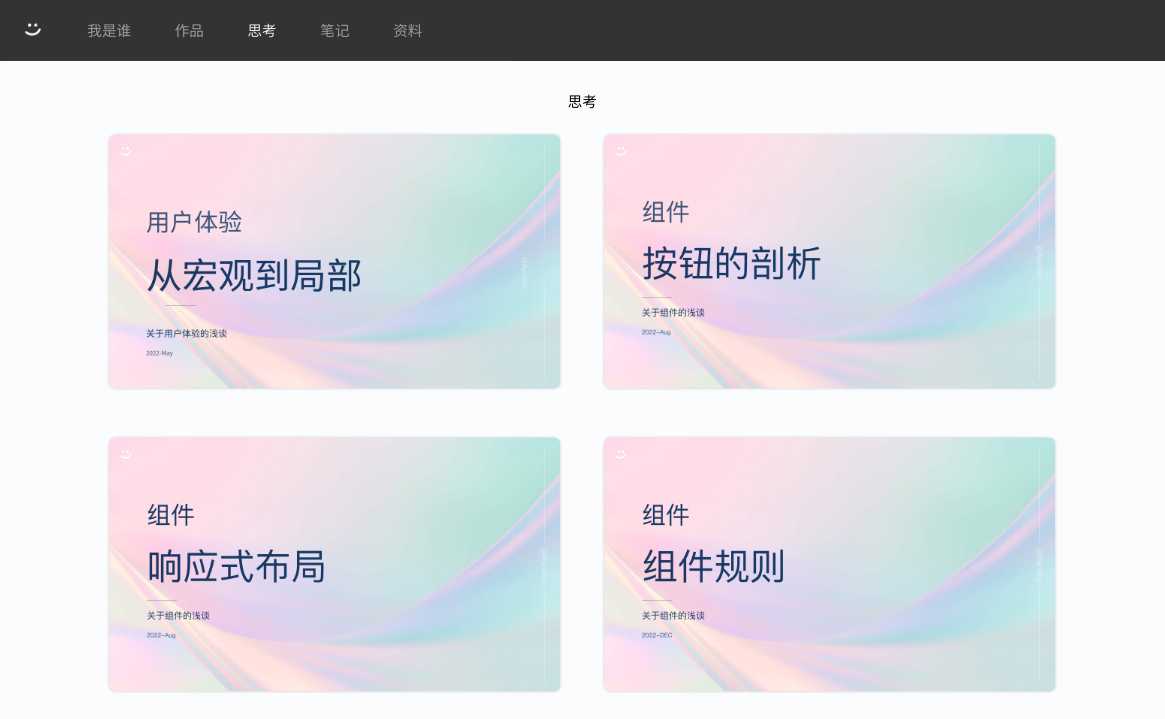
Repository: LiuZixu-aurelio/myblog-Vue
Page: /#/home/talk
An editor plug-in stored every save of this project. The page is shown before and after the next save, followed by the edit.
The browser window is 1280 px wide. The pictures show the whole page, at 91% of full size.
The project was rebuilt for these pictures with package versions that can differ from the ones it lists, and the page was loaded fresh each time. Also part of the build but not shown: vue.config.js, src/components/whoCom.vue, src/components/whocubeCom.vue, src/views/who.vue, src/views/PreView.vue, src/views/project.vue, src/views/sign.vue, src/views/test.vue and 1 more.

Above is the page before, as saved 2022-12-29 16:50:30.

### src/main.js
import { createApp } from 'vue'
import App from './App.vue'
import router from './router'
import './index.css'
/* import './tools/three.min.js'
import './tools/vanta.topology.min.js' */

createApp(App).use(router).mount('#app')

### src/App.vue
<template>
  <div>
    <!-- <img id='cursor' src="../public/Frame9.png" alt="" /> -->
    <router-view></router-view>
  </div>
</template>

<script>
</script>


<style lang="scss">
* {
    cursor:url('../public/Frame9.svg'), auto;;
  }

body{
  padding: 0px;
  margin: 0px;
  height: auto;
}
.hairlines{
  padding: 0px;
  margin: 0px;
}
#app{
  height: auto;
}

#pre {
  background-color: #000000;
  height: 100vh;

  .liuzixu{
    color: aliceblue;
    padding: 24px;
  }

  .cont{
    color: aliceblue;
    width: 100%;
    text-align: center;
    position: relative;
    top: 100px;
    z-index: 1;
  }

  .test {
  color:rgba(255, 255, 255, 0.5);
  z-index: 1;
  text-align: center;
  position: relative;
  bottom: -150px;
  width: auto;
  height: auto;
  cursor: default;
  font-size: 12px;
  }

  .start{
    width: 74px;
    height: 36px;
    border-radius: 18px;
    border: 1px solid white;
    color: white;
    background: none;
    font-size: 16px;
    margin: 16px 0px;
    position:static;
  }

  .start:hover{
    color: rgb(0,0,0 );
    background: white;
  }
}

.home{
  background-color: rgb(244, 246, 255);
  height: auto;

  .nav {
      background-color: rgba(0, 0, 0, 0.8);
      backdrop-filter: blur(12px);
      height: 67px;
      line-height: 4px;
      position: fixed;
      width: 100%;
      z-index: 1;

    a {
      display: inline-block;
    }
    img {
      position: relative;
      top: 12px;
    }

    .navkuaiu{
      margin: 8px 24px;
      color: rgba(255, 255, 255, 0.5);
      text-decoration: none;
      &.router-link-exact-active{
       color: rgba(255, 255, 255, 0.9);
    }
    }
    .navkuaiu:hover{
      font-size: 16px;
      color: rgba(255, 255, 255, 0.9);
      font-weight: 500;
    }

  }
  .color1{
    background-color: #000
  }

  .color2{
    background-color: rgb(244, 246, 255)
  }

  .whoheigt{
    background-color: #FAFCFD;
    height: auto;
    display: flex;
    align-items: center;
    flex-wrap: wrap;
    flex-direction: column;
    padding-top: 100px;

    .whocont{
      width: 92%;
      margin: auto;
      height: 90%;
      text-align: center;
    }

    .whodiv{
      display: inline-block;
      margin: 24px 24px 0px 24px;
      padding-bottom: 0px ;
      max-width: 80%;
      text-align: left;
      color: rgba(255, 255, 255, 0.75)
    }

    img{
      margin: auto;
      position: relative;
      top: 32px;
    }
  }
}

</style>

### src/router/index.js
import { createRouter, createWebHashHistory } from 'vue-router'

import HomeView from '../views/HomeView.vue'
import whoView from '../views/who.vue'
import PreView from '../views/PreView.vue'
import ProjectView from '../views/project.vue'
import TalkView from '../views/talk.vue'
import SignView from '../views/sign.vue'
import testQ from '../views/test.vue'

import DetailCom from '../components/detailCom.vue'

import { scard1, scard3 } from '../pages/zhihu.js'
import { scard1t, scard3t } from '../pages/talk-ux.js'
import { scardInfor1, scardInfor3 } from '../pages/infor.js'
import { extest1, extest3 } from '../pages/testhub.js'
import { button1, button3 } from '../pages/c-button'
import { signProduct1, signProduct3 } from '../pages/sign-product.js'
import { signBlender1, signBlender3 } from '../pages/sign-blender.js'
import { talkResponsive1, talkResponsive3 } from '../pages/talk-responsive.js'
import { signSAP1, signSAP3 } from '../pages/sign-sap.js'
import { signSalesforce1, signSalesforce3 } from '../pages/sign-salesforce.js'
import { pPlant1, pPlant3 } from '../pages/project-plant.js'
import { pConfig1, pConfig3 } from '../pages/project-config.js'
import { talkrule1, talkrule3 } from '../pages/talk-rule.js'
import { data1, data3 } from '../pages/project-data.js'
import { talkResearch1, talkResearch3 } from '../pages/talk-research.js'




class luyou {
  constructor(type,path,name,img) {
    this.path = "/home/" + type + "/" + path
    this.name = path;
    this.props = {na: name, im: img}
    this.url = img;
    this.component = DetailCom
  }
}

const routes = [
  {
    path: '/', redirect: '/pre'
  },
  {
    path: '/pre',
    name: 'pre',
    component: PreView
  },
  {
    path: '/home',
    name: 'home',
    component: HomeView,
    children: [
      {
        path: '/home/who',
        name: 'homewho',
        component: whoView
      },
      {
        path: '/home/project',
        name: 'project',
        component: ProjectView,
      },
      new luyou("project","ZHIHU",scard1,scard3),
      new luyou("project","test",extest1,extest3),
      new luyou("project","infor",scardInfor1,scardInfor3),
      new luyou("project","plantlight",pPlant1,pPlant3),
      new luyou("project","configtool",pConfig1,pConfig3),
      new luyou("project","data",data1,data3),

      {
        path: '/home/talk',
        name: 'talk',
        component: TalkView,
      },
      new luyou("talk","DetailYHTYQT",scard1t,scard3t),
      new luyou("talk","cbutton",button1,button3),
      new luyou("talk","talk-responsive",talkResponsive1,talkResponsive3),
      new luyou("talk","talk-rule",talkrule1,talkrule3),
      new luyou("talk","research",talkResearch1,talkResearch3),


      {
        path: '/home/sign',
        name: 'sign',
        component: SignView
      },
      new luyou("sign","sign-sap",signSAP1,signSAP3),
      new luyou("sign","sign-salesforce",signSalesforce1,signSalesforce3),
      new luyou("sign","sign-product",signProduct1,signProduct3),
      new luyou("sign","sign-blender",signBlender1,signBlender3)
    ]
  },

  {
    path: '/testQ',
    name: 'testQ',
    component: testQ
  }
]

const router = createRouter({
  history: createWebHashHistory(),
  routes
})

export default router

### src/views/HomeView.vue
<template>
  <div class="home">
        <div class="nav">
            <router-link to="/" class="navkuaiu">
              <img src="../assets/smal-logo.png">
            </router-link>
            <router-link to="/home/who" class="navkuaiu">我是谁</router-link>
            <router-link to="/home/project" class="navkuaiu">作品</router-link>
            <router-link to="/home/talk" class="navkuaiu" v-if="'/home/talk'!=undefined">思考</router-link>
            <router-link to="/home/sign" class="navkuaiu">笔记</router-link>
            <a href="https://liuzixu-aurelio.github.io/designcollection/" class="navkuaiu" target="_blank">资料</a>
        </div>
        <router-view></router-view>
      <div></div>
  </div>
</template>

<script>

export default {
  name: 'HomeView',
  components: {}
}
</script>

<style>

</style>

### src/views/talk.vue
<template>
    <div class='whoheigt color2'>
        <div class="whocont">
            <h2>思考</h2>
            <CardCom :na='scard1t' :ur='scard2t' :lnk='scard4t'></CardCom>
            <CardCom :na='button1' :ur='button2' :lnk='button4'></CardCom>
            <CardCom :na='talkResponsive1' :ur='talkResponsive2' :lnk='talkResponsive4'></CardCom>
            <CardCom :na='talkrule1' :ur='talkrule2' :lnk='talkrule4'></CardCom>
        </div>
    </div>
</template>

<script>
import CardCom from '../components/cardCom.vue'
import {scard1t, scard2t, scard4t} from '../pages/talk-ux.js'
import {button1, button2, button4} from '../pages/c-button'
import {talkResponsive1, talkResponsive2, talkResponsive4} from '../pages/talk-responsive'
import {talkrule1, talkrule2, talkrule4} from '../pages/talk-rule'




export default {
    name: 'TalkView',
    data:()=>{
    return{
        scard1t,scard2t,scard4t,
        button1,button2,button4,
        talkResponsive1,talkResponsive2,talkResponsive4,
        talkrule1,talkrule2,talkrule4,
        }
    },
  components: { CardCom}
}
</script>

### src/pages/zhihu.js
const scard1 = '知乎直播升级 - 2021'

/* const scard2 = '{background:url(require("/src/assets/zhihu.png")}' */
/* const scard2 = 'url( require("./src/assets/zhihu.png"))' */
const aa = require("/src/assets/project/zhihu/zhihu.png")
const ab = 'url(' + aa +')'
const scard2 = {backgroundImage: ab}


const scard3 = [
    require('/src/assets/project/zhihu/zhihu.png'),
    require('/src/assets/project/zhihu/zhihu2.png'),
    require('/src/assets/project/zhihu/zhihu3.png'),
    require('/src/assets/project/zhihu/zhihu4.png'),
    require('/src/assets/project/zhihu/zhihu5.png'),
    require('/src/assets/project/zhihu/zhihu6.png'),
    require('/src/assets/project/zhihu/zhihu7.png'),
    require('/src/assets/project/zhihu/zhihu8.png'),
    require('/src/assets/project/zhihu/zhihu9.png'),
    require('/src/assets/project/zhihu/zhihu10.png'),
    require('/src/assets/project/zhihu/zhihu11.png'),
    require('/src/assets/project/zhihu/zhihu12.png'),
    require('/src/assets/project/zhihu/zhihu13.png'),
    require('/src/assets/project/zhihu/zhihu14.png'),
    require('/src/assets/project/zhihu/zhihu15.png'),
    require('/src/assets/project/zhihu/zhihu16.png'),
    require('/src/assets/project/zhihu/zhihu17.png'),
    require('/src/assets/project/zhihu/zhihu18.png'),
    require('/src/assets/project/zhihu/zhihu19.png'),
    require('/src/assets/project/zhihu/zhihu20.png'),
    require('/src/assets/project/zhihu/zhihu21.png'),
    require('/src/assets/project/zhihu/zhihu22.png'),
    require('/src/assets/project/zhihu/zhihu23.png')
    ]

const scard4 ='/home/project/ZHIHU'


export { scard1 } //名称
export { scard2 } //卡片背景
export { scard3 } //内容
export { scard4 } //页面地址

### src/pages/talk-ux.js
const scard1t = '用户体验浅谈'



const aa = require("/src/assets/talk/ux0.png")
const ab = 'url(' + aa +')'
const scard2t = {backgroundImage: ab}


const scard4t = '/home/talk/DetailYHTYQT'

const scard3t =
[
    require('/src/assets/talk/ux.png'),
    require('/src/assets/talk/ux1.png'),
    require('/src/assets/talk/ux2.png'),
    require('/src/assets/talk/ux3.png'),
    require('/src/assets/talk/ux4.png'),
    require('/src/assets/talk/ux5.png')
    ]

export { scard1t }
export { scard2t }
export { scard3t }
export { scard4t }

### src/pages/infor.js
const scardInfor1 = '信息发布平台'



const aa = require("/src/assets/project/infor/infor0.png")
const ab = 'url(' + aa +')'
const scardInfor2 = {backgroundImage: ab}


const scardInfor4 = '/home/project/infor'

const scardInfor3  =
    [
        require("/src/assets/project/infor/infor.png"),
        require("/src/assets/project/infor/infor01.png"),
        require("/src/assets/project/infor/infor02.png"),
        require("/src/assets/project/infor/infor03.png"),
        require("/src/assets/project/infor/infor04.png"),
        require("/src/assets/project/infor/infor05.png"),
        require("/src/assets/project/infor/infor06.png"),
        require("/src/assets/project/infor/infor07.png"),
        require("/src/assets/project/infor/infor08.png"),
        require("/src/assets/project/infor/infor09.png"),
        require("/src/assets/project/infor/infor10.png"),
        require("/src/assets/project/infor/infor11.png"),
        require("/src/assets/project/infor/infor12.png"),
        require("/src/assets/project/infor/infor13.png"),
        require("/src/assets/project/infor/infor14.png"),
        require("/src/assets/project/infor/infor15.png"),
        require("/src/assets/project/infor/infor16.png"),
        require("/src/assets/project/infor/infor17.png"),
        require("/src/assets/project/infor/infor18.png"),
        require("/src/assets/project/infor/infor19.png"),
    ]


export { scardInfor1 } // 标题
export { scardInfor2 } // 卡片背景
export { scardInfor3 } // 页面内容
export { scardInfor4 } // 路径

### src/pages/testhub.js
const extest1 = 'B端 - 0到1的测试平台'

const aa = require("/src/assets/project/test/test0.png")
const ab = 'url(' + aa +')'
const extest2 = {backgroundImage: ab}

const extest4 = '/home/project/test'

const extest3 =
[
    require('/src/assets/project/test/test.png'),
    require('/src/assets/project/test/test01.png'),
    require('/src/assets/project/test/test02.png'),
    require('/src/assets/project/test/test03.png'),
    require('/src/assets/project/test/test04.png'),
    require('/src/assets/project/test/test05.png'),
    require('/src/assets/project/test/test06.png'),
    require('/src/assets/project/test/test07.png'),
    require('/src/assets/project/test/test08.png'),
    require('/src/assets/project/test/test09.png'),
    require('/src/assets/project/test/test10.png'),
    require('/src/assets/project/test/test11.png'),
    require('/src/assets/project/test/test12.png'),
    require('/src/assets/project/test/test13.png'),
    require('/src/assets/project/test/test14.png'),
    require('/src/assets/project/test/test15.png'),
]

export { extest1 }
export { extest2  }
export { extest3  }
export { extest4 }

### src/pages/c-button.js
const button1 = '组件-按钮的剖析'

const aa = require("/src/assets/talk/button/button0.png")
const ab = 'url(' + aa +')'
const button2 = {backgroundImage: ab}

const button4 = '/home/talk/cbutton'

const button3 = [
    require('/src/assets/talk/button/button.png'),
    require('/src/assets/talk/button/button1.png'),
    require('/src/assets/talk/button/button2.png'),
    require('/src/assets/talk/button/button3.png'),
    require('/src/assets/talk/button/button4.png'),
    require('/src/assets/talk/button/button5.png'),
    require('/src/assets/talk/button/button6.png'),
    require('/src/assets/talk/button/button7.png'),
    require('/src/assets/talk/button/button8.png')
]


export { button1 } // 标题
export { button2 } // 卡片背景
export { button3 } // 页面内容
export { button4 } // 路径

### src/pages/sign-product.js
const signProduct1 = '笔记-产品书籍&讲座'

const aa = require("/src/assets/sign/sign-product.png")
const ab = 'url(' + aa +')'
const signProduct2 = {backgroundImage: ab}

const signProduct4 = '/home/sign/sign-product'

const signProduct3 = [
    require('/src/assets/sign/sign-product.png'),
    require('/src/assets/sign/sign-product1.png'),
    require('/src/assets/sign/sign-product2.png'),
    require('/src/assets/sign/sign-product3.png')
]

export { signProduct1 } // 标题
export { signProduct2 } // 卡片背景
export { signProduct3 } // 页面内容
export { signProduct4 } // 路径

### src/pages/sign-blender.js
// 1.设置本页
// 2.配置路由
// 3.放入列表页

const signBlender1 = '笔记-blender'

const aa = require("/src/assets/sign/sign-blender.png")
const signBlender2 = {backgroundImage: 'url(' + aa +')'}

const signBlender3 =[
    require('/src/assets/sign/sign-blender.png'),
    require('/src/assets/sign/sign-blender1.png'),
    require('/src/assets/sign/sign-blender2.png'),
    require('/src/assets/sign/sign-blender3.png'),
    require('/src/assets/sign/sign-blender4.png'),
    require('/src/assets/sign/sign-blender5.png')
]

const signBlender4 = '/home/sign/sign-blender'

export { signBlender1 } // 标题
export { signBlender2 } // 卡片背景
export { signBlender3 } // 页面内容
export { signBlender4 } // 路径

### src/pages/talk-responsive.js
// 1.设置本页
// 2.配置路由
// 3.放入列表页

const talkResponsive1 = '组件-布局响应式'

const aa = require("/src/assets/talk/talk-responsive0.png")
const talkResponsive2 = {backgroundImage: 'url(' + aa +')'}

const talkResponsive3 =[
    require('/src/assets/talk/talk-responsive.png'),
    require('/src/assets/talk/talk-responsive1.png'),
    require('/src/assets/talk/talk-responsive2.png'),
    require('/src/assets/talk/talk-responsive3.png'),
    require('/src/assets/talk/talk-responsive4.png')
]

const talkResponsive4 = '/home/talk/talk-responsive'

export { talkResponsive1 } // 标题
export { talkResponsive2 } // 卡片背景
export { talkResponsive3 } // 页面内容
export { talkResponsive4 } // 路径

### src/pages/sign-sap.js
const signSAP1 = '笔记-SAP设计系统'

const aa = require("/src/assets/sign/sign-sap.png")
const ab = 'url(' + aa +')'
const signSAP2 = {backgroundImage: ab}

const signSAP4 = '/home/sign/sign-sap'

const signSAP3 =[
    require('/src/assets/sign/sign-sap.png'),
    require('/src/assets/sign/sign-sap1.png'),
    require('/src/assets/sign/sign-sap2.png'),
    require('/src/assets/sign/sign-sap3.png'),
    require('/src/assets/sign/sign-sap4.png'),
    require('/src/assets/sign/sign-sap5.png'),
    require('/src/assets/sign/sign-sap6.png')
]

export { signSAP1 } // 标题
export { signSAP2 } // 卡片背景
export { signSAP3 } // 页面内容
export { signSAP4 } // 路径

### src/pages/sign-salesforce.js
// 1.设置本页
// 2.配置路由
// 3.放入列表页

const signSalesforce1 = '设计系统-salesforce'

const aa = require("/src/assets/sign/sign-salesforce.png")
const signSalesforce2 = {backgroundImage: 'url(' + aa +')'}

const signSalesforce3 =[
    require('/src/assets/sign/sign-salesforce.png'),
    require('/src/assets/sign/sign-salesforce1.png'),
    require('/src/assets/sign/sign-salesforce2.png'),
    require('/src/assets/sign/sign-salesforce3.png'),
    require('/src/assets/sign/sign-salesforce4.png'),
    require('/src/assets/sign/sign-salesforce5.png'),
    require('/src/assets/sign/sign-salesforce6.png'),
    require('/src/assets/sign/sign-salesforce7.png')
]

const signSalesforce4 = '/home/sign/sign-salesforce'

export { signSalesforce1 } // 标题
export { signSalesforce2 } // 卡片背景
export { signSalesforce3 } // 页面内容
export { signSalesforce4 } // 路径

### src/pages/project-plant.js
const pPlant1 = '植物灯控制器'

const aa = require("/src/assets/project/plantlight0.png")
const ab = 'url(' + aa +')'
const pPlant2 = {backgroundImage: ab}

const pPlant4 = '/home/project/plantlight'

const pPlant3 =
[
    require('/src/assets/project/plantlight.png'),
    require('/src/assets/project/plantlight1.png'),
    require('/src/assets/project/plantlight2.png'),
]

export { pPlant1 }
export { pPlant2  }
export { pPlant3  }
export { pPlant4 }

### src/pages/project-config.js
const pConfig1 = '配置工具'

const aa = require("/src/assets/project/config0.png")
const ab = 'url(' + aa +')'
const pConfig2 = {backgroundImage: ab}

const pConfig4 = '/home/project/configtool'

const pConfig3 =
[
    require('/src/assets/project/config.png'),
    require('/src/assets/project/config1.png'),
    require('/src/assets/project/config2.png'),
    require('/src/assets/project/config3.png')
]

export { pConfig1 }
export { pConfig2  }
export { pConfig3  }
export { pConfig4 }

### src/pages/talk-rule.js
const talkrule1 = '组件规则'



const aa = require("/src/assets/talk/talk-rule0.png")
const ab = 'url(' + aa +')'
const talkrule2 = {backgroundImage: ab}


const talkrule4 = '/home/talk/talk-rule'

const talkrule3 =
[
    require('/src/assets/talk/talk-rule.png'),
    require('/src/assets/talk/talk-rule1.png'),
    require('/src/assets/talk/talk-rule2.png'),
    require('/src/assets/talk/talk-rule3.png'),
    require('/src/assets/talk/talk-rule4.png'),
    require('/src/assets/talk/talk-rule5.png')
    ]

export { talkrule1 }
export { talkrule2 }
export { talkrule3 }
export { talkrule4 }

### src/pages/project-data.js
const data1 = '可视化大屏'



const aa = require("/src/assets/project/data/data0.png")
const ab = 'url(' + aa +')'
const data2 = {backgroundImage: ab}


const data4 = '/home/project/data'

const data3  =
    [
        require('/src/assets/project/data/data.png'),
        require('/src/assets/project/data/data1.png'),
        require('/src/assets/project/data/data2.png'),
        require('/src/assets/project/data/data3.png'),
        require('/src/assets/project/data/data4.png'),
        require('/src/assets/project/data/datag.gif'),
    ]


export { data1 } // 标题
export { data2 } // 卡片背景
export { data3 } // 页面内容
export { data4 } // 路径

### src/pages/talk-research.js
const talkResearch1 = '用户研究方法'



const aa = require("/src/assets/talk/research/talk-research0.png")
const ab = 'url(' + aa +')'
const talkResearch2 = {backgroundImage: ab}


const talkResearch4 = '/home/talk/research'

const talkResearch3 =
[
    require('/src/assets/talk/research/talk-research.png'),
    require('/src/assets/talk/research/talk-research1.png'),
    require('/src/assets/talk/research/talk-research2.png'),
    require('/src/assets/talk/research/talk-research3.png'),
    require('/src/assets/talk/research/talk-research4.png'),
    ]

export { talkResearch1 }
export { talkResearch2 }
export { talkResearch3 }
export { talkResearch4 }

### src/components/cardCom.vue
<template>
  <router-link :to='lnk'>
    <div id='prodiv' :style="[ur]" class="transition transform hover:scale-95" >
        <!-- <div>{{na}}</div> -->
    </div>
  </router-link>
</template>

<script>
export default {
  name: 'CardCom',
    props: {
    na: String,
    ur: Object,
    lnk: String
  }
}
</script>

<!-- Add "scoped" attribute to limit CSS to this component only -->
<style scoped lang="scss">
#prodiv {
  background-size: 100% 100%;
  border-radius: 8px;
  height: 279px;
  width: 496px;
  display: inline-block;
  margin: 24px;
  filter: drop-shadow(0px 0px 2px rgba(0, 0, 0, 0.2));

  div{
    background-color: rgba(255, 255, 255, 0.75);
    backdrop-filter: blur(8px);
    border-radius: 8px;
    text-align: left;
    position: relative;
    height: 50px;
    line-height: 50px;
    top: 82.08%;
    padding: 0px 16px;
    color: rgba(0, 0, 0, 0.9);
  }
}

#prodiv:hover{
    filter: drop-shadow(0px 0px 16px rgba(0, 0, 0, 0.2));
}

</style>

### tailwind.config.js
/** @type {import('tailwindcss').Config} */
module.exports = {
  purge: ['./index.html', './src/**/*.{vue,js,ts,jsx,tsx}'],
  content: [],
  theme: {
    extend: {
      transitionDuration: {
        '0': '0ms',
        '1000': '1000ms',
        '2000': '2000ms',
        '5000': '5000ms',
       },
       skew: {
        '25': '25deg',
        '60': '60deg',
        '90': '90deg',
        '180': '180deg',
       }
    },
    scale: {
      '0': '0',
     '25': '.25',
      '50': '.5',
      '75': '.75',
      '90': '.9',
     '95': '.95',
     '98':'.99',
      '100': '1',
     '105': '1.05',
     '110': '1.1',
      '125': '1.25',
      '150': '1.5',
     '200': '2',
    },
    rotate: {
      '-180': '-180deg',
       '-90': '-90deg',
      '-45': '-45deg',
       '0': '0',
       '45': '45deg',
       '90': '90deg',
      '135': '135deg',
       '180': '180deg',
      '270': '270deg',
      '1080': '1080deg',
      '-1080': '-1080deg',
     }
  },
  plugins: [],
}

Loaded but not shown: public/index.html (common file); src/index.css (common file)

After the next save:
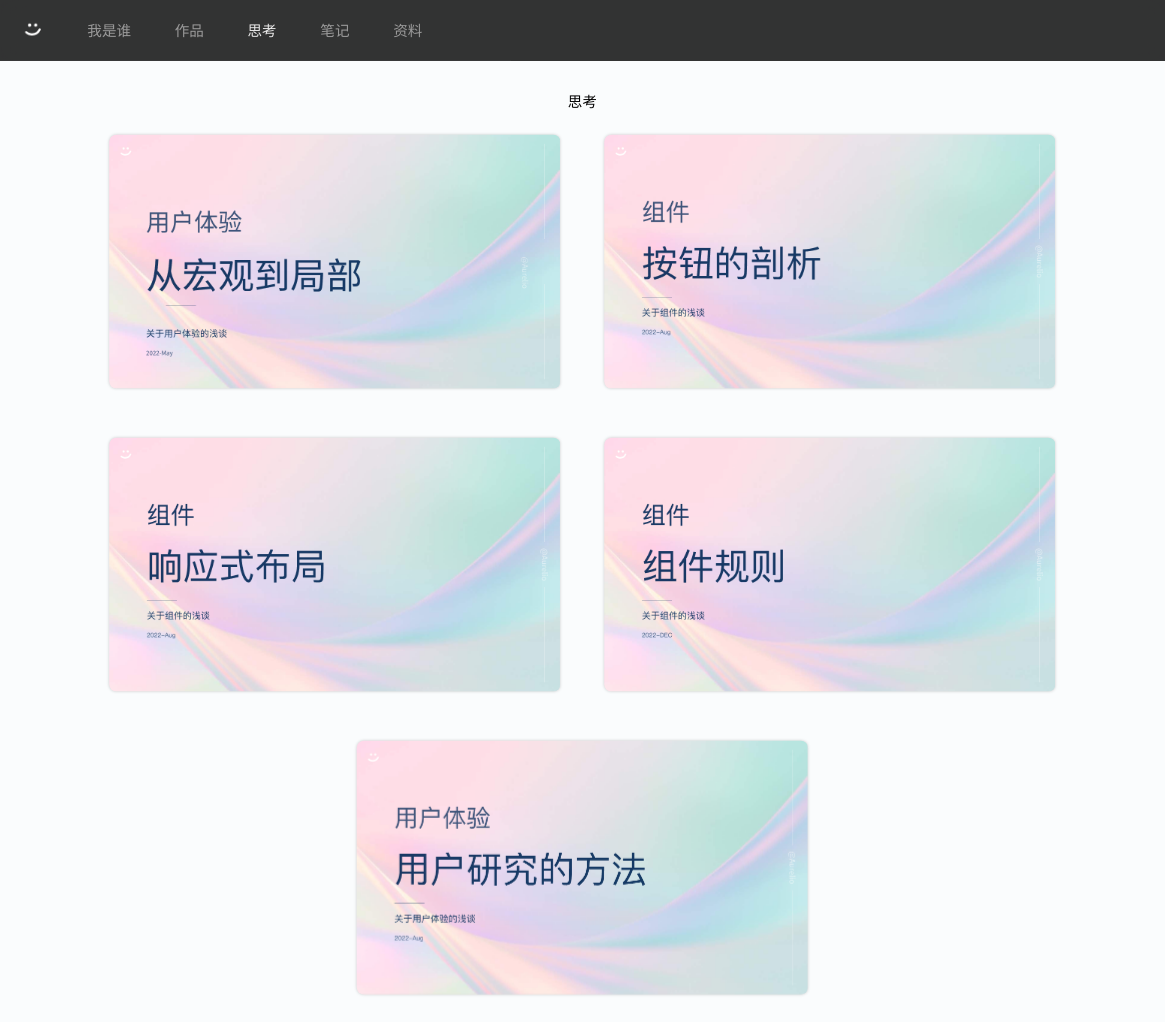
Saved 79 s later.
--- a/src/views/talk.vue
+++ b/src/views/talk.vue
@@ -6,6 +6,8 @@
             <CardCom :na='button1' :ur='button2' :lnk='button4'></CardCom>
             <CardCom :na='talkResponsive1' :ur='talkResponsive2' :lnk='talkResponsive4'></CardCom>
             <CardCom :na='talkrule1' :ur='talkrule2' :lnk='talkrule4'></CardCom>
+            <CardCom :na='talkResearch1' :ur='talkResearch2' :lnk='talkResearch4'></CardCom>
+
         </div>
     </div>
 </template>
@@ -16,6 +18,8 @@ import {scard1t, scard2t, scard4t} from '../pages/talk-ux.js'
 import {button1, button2, button4} from '../pages/c-button'
 import {talkResponsive1, talkResponsive2, talkResponsive4} from '../pages/talk-responsive'
 import {talkrule1, talkrule2, talkrule4} from '../pages/talk-rule'
+import {talkResearch1, talkResearch2, talkResearch4} from '../pages/talk-research'
+
 
 
 
@@ -28,6 +32,7 @@ export default {
         button1,button2,button4,
         talkResponsive1,talkResponsive2,talkResponsive4,
         talkrule1,talkrule2,talkrule4,
+        talkResearch1, talkResearch2, talkResearch4
         }
     },
   components: { CardCom}
